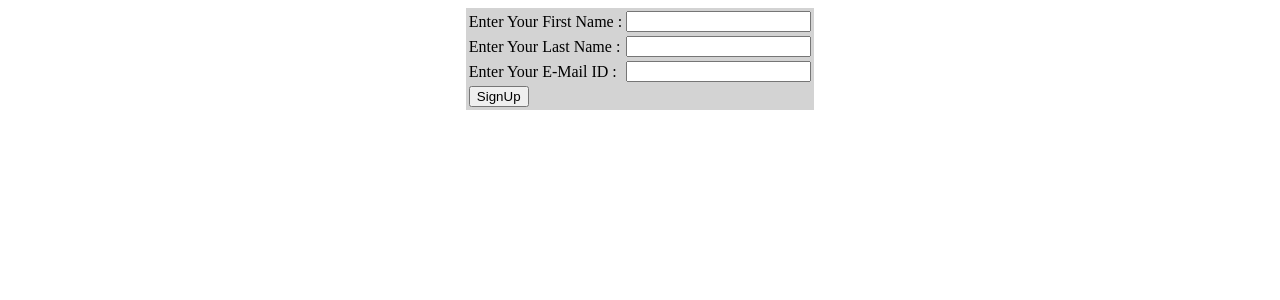
Repository: DAC-Sept2022-SagarPokale-70466/05_J2EE
Page: Day_03/src/main/webapp/register.html
The author's editor kept a copy of each file at every save. The page is drawn from the files as they stood at one save, then again after the next save.
The browser window is 1280 px wide. The pictures show the whole page.

Above is the page before, as saved 2022-11-24 16:33:53.

After the next save:
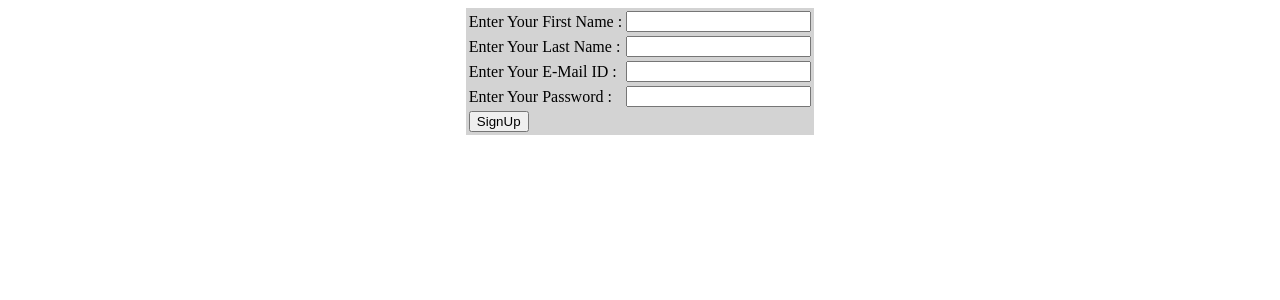
Saved 30 s later.
--- a/Day_03/src/main/webapp/register.html
+++ b/Day_03/src/main/webapp/register.html
@@ -24,6 +24,10 @@
           <td><input type="email" name="email" /></td>
         </tr>
 
+		<tr>
+          <td>Enter Your Password :  </td>
+          <td><input type="password" name="password" /></td>
+        </tr>
 
 
         <tr>
